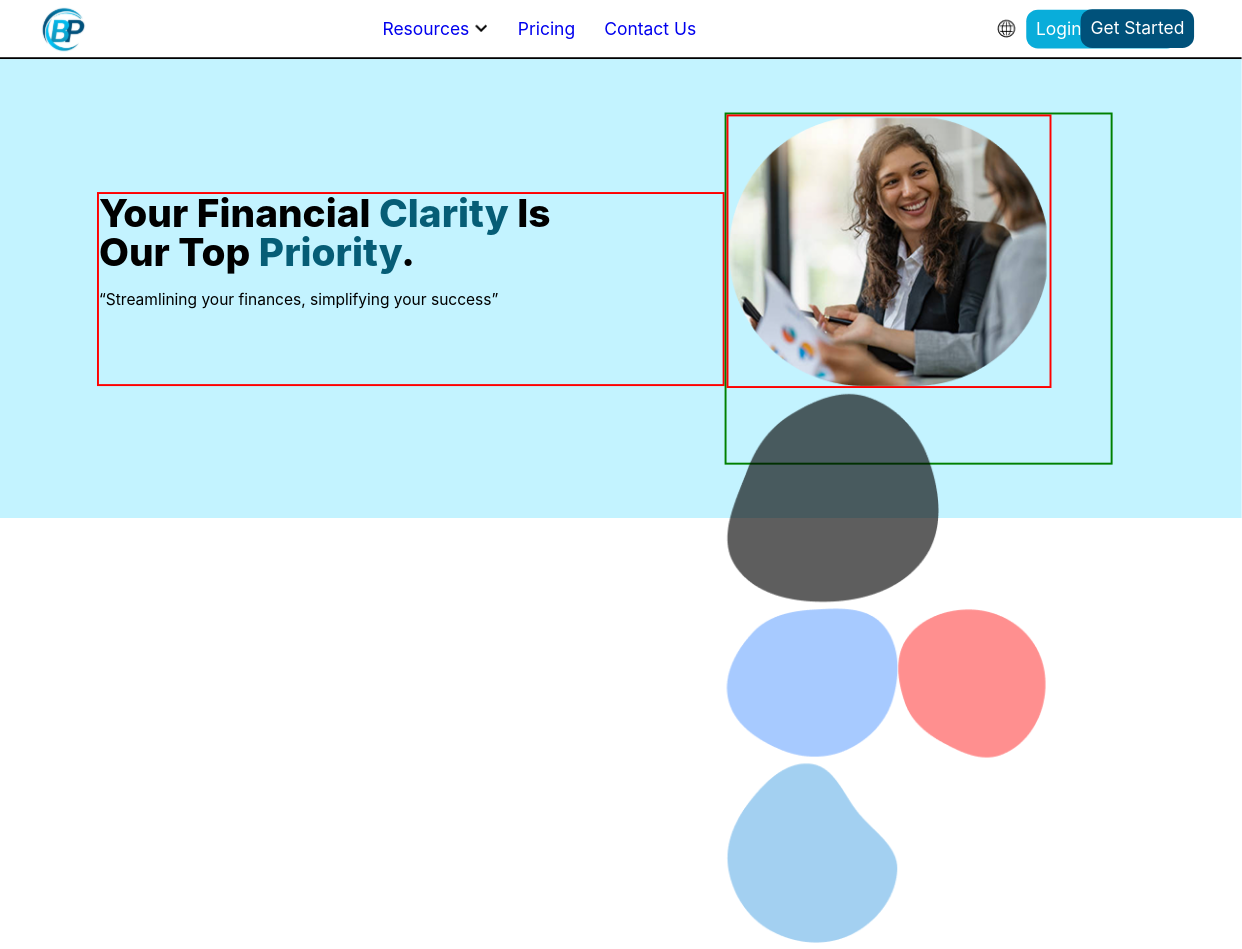
Repository: dark-txch/Bizpadi
Page: /
An editor plug-in stored every save of this project. The page is shown before and after a run of saves, followed by the edit.
The browser window is 1280 px wide. The pictures show the whole page, at 97% of full size.
The project was rebuilt for these pictures with package versions that can differ from the ones it lists, and the page was loaded fresh each time. Also part of the build but not shown: vite.config.js.

Above is the page before, as saved 2025-04-01 19:12:53.

### index.html
<!DOCTYPE html>
<html lang="en">
	<head>
		<meta charset="UTF-8" />
		<link rel="icon" type="image/svg+xml" href="/public/logo.svg" />
		<meta name="viewport" content="width=device-width, initial-scale=1.0" />
		<title>Bizpadi</title>
	</head>
	<body>
		<div id="root"></div>
		<script type="module" src="/src/main.jsx"></script>
	</body>
</html>

### src/index.css
:root {
	font-family: system-ui, Avenir, Helvetica, Arial, sans-serif;
	line-height: 1.5;
	font-weight: 400;

	color-scheme: light dark;
	color: black;
	background-color: white;

	font-synthesis: none;
	text-rendering: optimizeLegibility;
	-webkit-font-smoothing: antialiased;
	-moz-osx-font-smoothing: grayscale;
}

* {
	box-sizing: border-box;
	padding: 0;
	margin: 0;
	outline: none;
	border: none;
}

body {
	height: 100vh;
	width: 100vw;

	font-family: "inter", sans-serif;
}

a {
	text-decoration: none;
}

### src/App.jsx
import "./App.css";
import Nav from "./components/LandingPage/Nav";
import MidSection from "./components/LandingPage/MidSection";

function App() {
	return (
		<>
			<Nav />
			<MidSection />
		</>
	);
}

export default App;

### src/App.css
/*  LANDING PAGE/Main container */

@font-face {
	font-family: "MyCustomFont";
	src: url("/fonts/Inter/Inter-Italic-VariableFont_opsz,wght.ttf")
			format("truetype"),
		url("/fonts/Inter/Inter-VariableFont_opsz,wght.ttf") format("truetype");
	font-weight: normal;
	font-style: normal;
}

nav.homepage-nav {
	/*  this is the parent container */
	width: 100vw;
	height: 61px;
	display: flex;
	font-size: 18px;
	align-items: center;
	justify-content: space-between;
	border-bottom: 2px solid #000;
	box-shadow: 1px 1px 2px 0px rgba(0, 0, 0, 0.25%);
}

nav.homepage-nav .logo {
	/* this is the first div "LOGO" */
	margin-left: 30px;
	margin-top: 10px;
}

nav.homepage-nav :nth-child(2) a {
	/* this is the middle div */
	width: 309px;
	height: 24px;
	position: relative;
}

.homepage-nav div:nth-child(2) a:nth-of-type(1) {
	margin-right: 50px;
}

.homepage-nav div:nth-child(2) a:nth-of-type(2) {
	margin-right: 30px;
}

nav.homepage-nav :nth-child(2) a > img {
	position: absolute;
}

.homepage-nav div:nth-child(3) {
	/* this is the login and get started container .. the third div*/
	width: 218px;
	height: 40px;
	display: flex;
	justify-content: center;
	align-items: center;
	gap: 10px;
	position: relative;
	color: white;
	border-radius: 12px;
	margin-right: 50px;
}

.homepage-nav div:nth-child(3) a:nth-of-type(1) {
	/* this is the login button */
	background-color: #09adda;
	color: inherit;
	display: inline-block;
	width: 157px;
	padding: 8px;
	height: inherit;
	padding-left: 10px;
	border-radius: inherit;
	display: flex;
	align-items: center;
}

.homepage-nav div:nth-child(3) a:nth-of-type(2) {
	/* this is the signup button */
	background-color: #00517a;
	color: inherit;
	display: inline-block;
	/* width: 110px; */
	padding-left: 10px;
	padding-right: 10px;
	height: inherit;
	border-radius: inherit;
	position: absolute;
	top: -2px;
	right: -10px;
	transform: translate(-9px, 1.5px);
	display: flex;
	align-items: center;
}

/* MIDSECTION */
.midSection {
	background-color: #c3f3ff;
	height: 473px;
	display: flex;
	align-items: center;
}

.landingPageMotto {
	display: inline-block;
	width: 647px;
	height: 200px;
	top: 166px;
	left: 113px;
	/* gap: 19px; */

	margin-left: 100px;

	border: 2px solid red;
}

.landingPageMotto > h1 {
	width: 538px;
	height: 96px;

	font-weight: 800;
	font-size: 40px;
	line-height: 100%;
	text-transform: capitalize;
}

.landingPageMotto > h1 span {
	color: #065d76;
}

.landingPageImages {
	border: 2px solid green;
	width: 399.93px;
	height: 362.9px;
	top: 73.2px;
	left: 729.07px;
}

.landingPageImages > img:nth-of-type(1) {
	width: 334.57px;
	height: 281.66px;
	top: 94.21px;
	left: 751.64px;


	border: 2px solid red;
}

### src/components/LandingPage/Nav.jsx
export default function Nav() {
	return (
		// Main Landing container, parent housing the landing page
		<>
			{/* Inside of the main is the nav element */}
			<nav className="homepage-nav">
				<div className="logo">
					<img src="/assets/icons/logo.svg" alt="Bizpadi icon" />
				</div>

				{/* Second div */}
				<div>
					<a href="#">
						Resources
						<img src="/assets/icons/dropdown.png" alt="dropdown icon" />
					</a>
					<a href="#">Pricing</a>
					<a href="#">Contact Us</a>
				</div>

				{/* Third div */}
				<div>
					<img src="/assets/icons/world.png" alt="world" />
					<a href="#">Login</a>
					<a href="#">Get Started</a>
				</div>
			</nav>
		</>
	);
}

### src/components/LandingPage/MidSection.jsx
export default function MidSection() {
	return (
		<section className="midSection">
			<div className="landingPageMotto">
				<h1>
					Your financial <span>clarity</span> is our top <span>priority</span>.
				</h1>
				<p>“Streamlining your finances, simplifying your success”</p>
			</div>

			{/* This is the images section in the mid section */}
			<div className="landingPageImages">
				<img src="/assets/images/smiley.png" alt="smiley" />
				<img src="/assets/images/Vector-black.png" alt="vector-black" />
				<img src="/assets/images/Vector-blue.png" alt="vector-blue" />
				<img src="/assets/images/Vector-orange.png" alt="vector-orange" />
				<img src="/assets/images/Vector.png" alt="vector" />
			</div>
		</section>
	);
}

Loaded but not shown: src/main.jsx (common file)

After the next 3 saves:
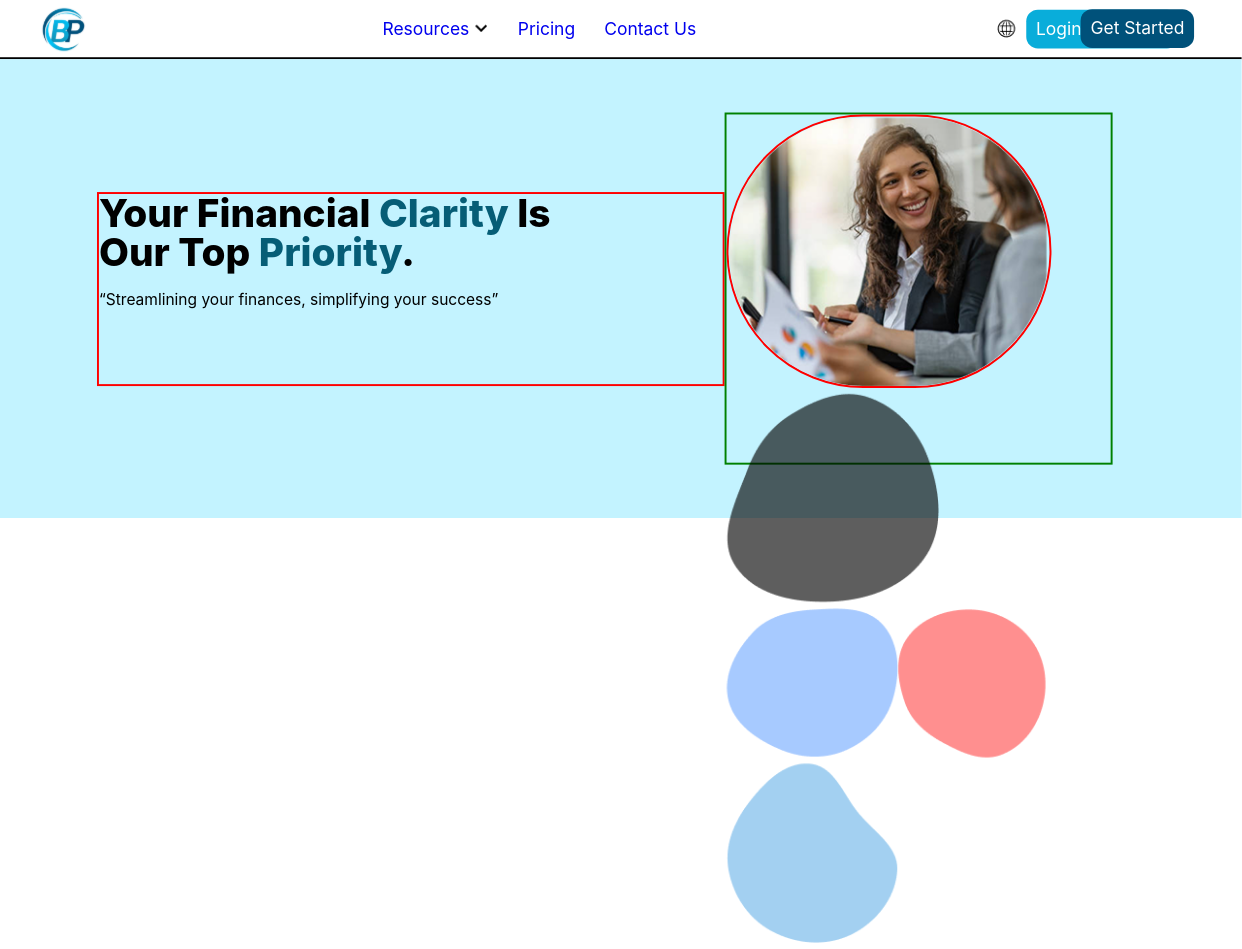
The 3 saves are shown as one change because they came seconds apart.
The last was saved 16 s later.
--- a/src/App.css
+++ b/src/App.css
@@ -140,7 +140,7 @@ nav.homepage-nav :nth-child(2) a > img {
 	height: 281.66px;
 	top: 94.21px;
 	left: 751.64px;
-
+	border-radius: 156px;
 
 	border: 2px solid red;
 }
